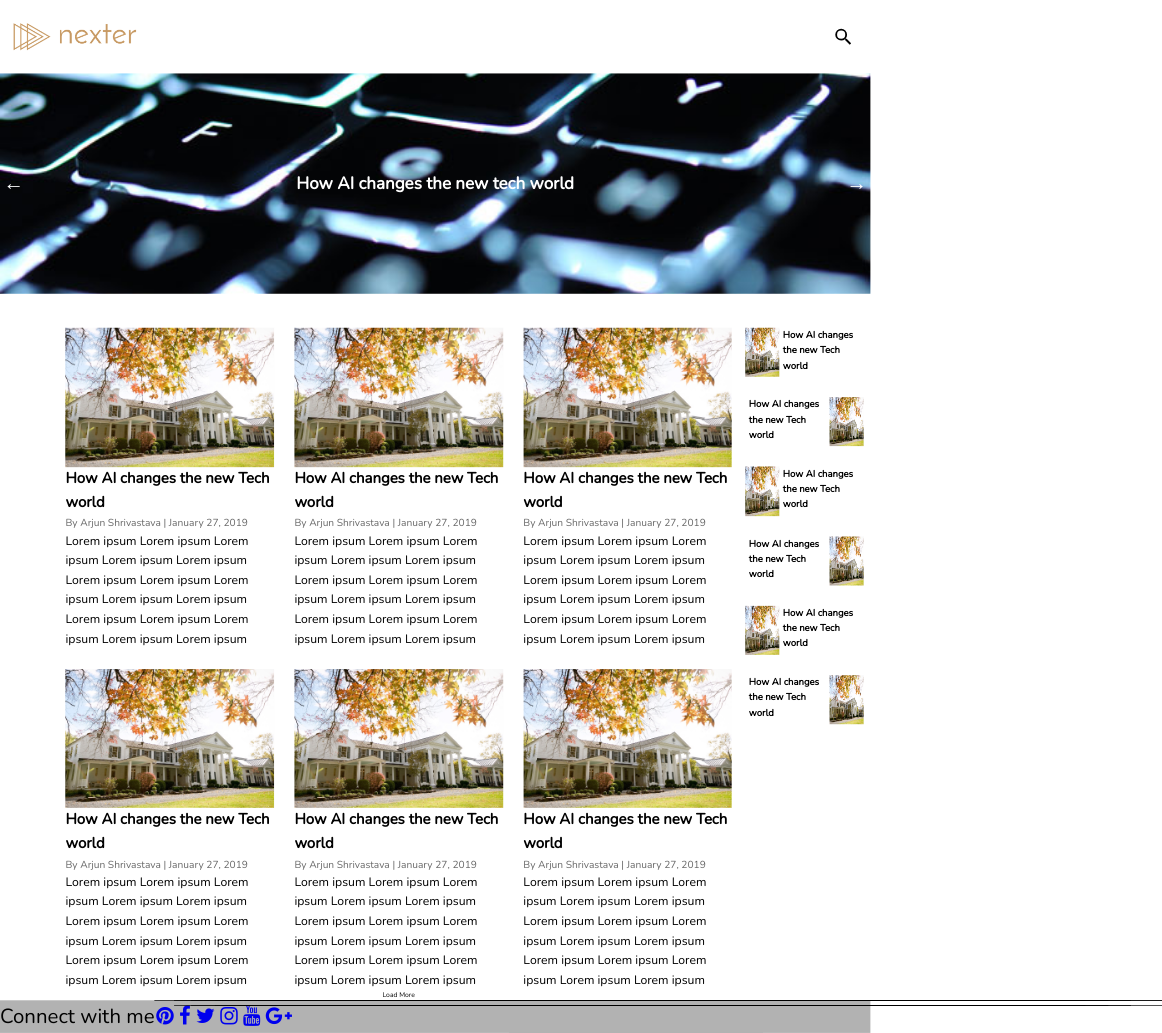
Repository: geekyarjun/myblog
Page: index.html
An editor plug-in stored every save of this project. The page is shown before and after the next save, followed by the edit.
The browser window is 1280 px wide. The page is 1709 px wide, then 1280 px, so the pictures cover 1709 px, including what lies to the right of the window. The pictures show the whole page, at 68% of full size.
Some web libraries are served in a nearby version. The style sheet was rebuilt from its Sass, Less or Tailwind sources for each picture, by a compiler version that may differ from the author's.

Above is the page before, as saved 2019-03-03 19:00:51.

### index.html
<!DOCTYPE html>
<html>
<head>
    <meta charset="utf-8" />
    <meta http-equiv="X-UA-Compatible" content="IE=edge">
    <title>Tech Stack</title>
    <meta name="viewport" content="width=device-width, initial-scale=1">
    <link href="https://fonts.googleapis.com/css?family=Nunito:200,300,400" rel="stylesheet">
    <link rel="stylesheet" href="css/style.css">
    <link href='https://fonts.googleapis.com/css?family=Open+Sans|Oswald:300' rel='stylesheet' type='text/css'>
    <link rel="stylesheet" href="https://maxcdn.bootstrapcdn.com/font-awesome/4.4.0/css/font-awesome.min.css">

    <!-- <link href="https://fonts.googleapis.com/css?family=Nunito:300,400,600" rel="stylesheet"> -->
</head>
<body class="container">
    <header class="header">
        <img src="/img/logo.png" alt="techstack logo" class="header__logo">
        <img src="/img/search.svg" alt="Search icon" class="header__search-logo">
    </header>
    <section class="slider">
        <img src="img/best-tech-sites.jpg" alt="slide post-1" />
        <h2>How AI changes the new tech world</h2>
        <button class="slider--previous" onclick="moveSlides('-')">&larr;</button>
        <button class="slider--next" onclick="moveSlides('+')">&rarr;</button>
    </section>
    <main class="post_container">
        <article>
            <img src="img/gal-1.jpeg" alt="first post" />
            <h2>How AI changes the new Tech world</h2>
            <p class="author">By Arjun Shrivastava | January 27, 2019</p>
            <p class="text">Lorem ipsum Lorem ipsum Lorem ipsum Lorem ipsum Lorem ipsum Lorem ipsum Lorem ipsum Lorem ipsum Lorem ipsum Lorem ipsum Lorem ipsum Lorem ipsum Lorem ipsum Lorem ipsum Lorem ipsum</p>
        </article>
        <article>
            <img src="img/gal-1.jpeg" alt="first post" />
            <h2>How AI changes the new Tech world</h2>
            <p class="author">By Arjun Shrivastava | January 27, 2019</p>
            <p class="text">Lorem ipsum Lorem ipsum Lorem ipsum Lorem ipsum Lorem ipsum Lorem ipsum Lorem ipsum Lorem ipsum Lorem ipsum Lorem ipsum Lorem ipsum Lorem ipsum Lorem ipsum Lorem ipsum Lorem ipsum</p>
        </article>
        <article>
            <img src="img/gal-1.jpeg" alt="first post" />
            <h2>How AI changes the new Tech world</h2>
            <p class="author">By Arjun Shrivastava | January 27, 2019</p>
            <p class="text">Lorem ipsum Lorem ipsum Lorem ipsum Lorem ipsum Lorem ipsum Lorem ipsum Lorem ipsum Lorem ipsum Lorem ipsum Lorem ipsum Lorem ipsum Lorem ipsum Lorem ipsum Lorem ipsum Lorem ipsum</p>
        </article>
        <article>
            <img src="img/gal-1.jpeg" alt="first post" />
            <h2>How AI changes the new Tech world</h2>
            <p class="author">By Arjun Shrivastava | January 27, 2019</p>
            <p class="text">Lorem ipsum Lorem ipsum Lorem ipsum Lorem ipsum Lorem ipsum Lorem ipsum Lorem ipsum Lorem ipsum Lorem ipsum Lorem ipsum Lorem ipsum Lorem ipsum Lorem ipsum Lorem ipsum Lorem ipsum</p>
        </article>
        <article>
            <img src="img/gal-1.jpeg" alt="first post" />
            <h2>How AI changes the new Tech world</h2>
            <p class="author">By Arjun Shrivastava | January 27, 2019</p>
            <p class="text">Lorem ipsum Lorem ipsum Lorem ipsum Lorem ipsum Lorem ipsum Lorem ipsum Lorem ipsum Lorem ipsum Lorem ipsum Lorem ipsum Lorem ipsum Lorem ipsum Lorem ipsum Lorem ipsum Lorem ipsum</p>
        </article>
        <article>
            <img src="img/gal-1.jpeg" alt="first post" />
            <h2>How AI changes the new Tech world</h2>
            <p class="author">By Arjun Shrivastava | January 27, 2019</p>
            <p class="text">Lorem ipsum Lorem ipsum Lorem ipsum Lorem ipsum Lorem ipsum Lorem ipsum Lorem ipsum Lorem ipsum Lorem ipsum Lorem ipsum Lorem ipsum Lorem ipsum Lorem ipsum Lorem ipsum Lorem ipsum</p>
        </article>
    </main>
    <aside class="aside-latest-blog-post">
        <article>
            <img src="img/gal-1.jpeg" alt="first post" />
            <h3>How AI changes the new Tech world</h3>
        </article>
        <article class="aside-latest-blog-post__alternate-post">
            <h3>How AI changes the new Tech world</h3>
            <img src="img/gal-1.jpeg" alt="first post" />
        </article>
        <article>
            <img src="img/gal-1.jpeg" alt="first post" />
            <h3>How AI changes the new Tech world</h3>
        </article>
        <article class="aside-latest-blog-post__alternate-post">
            <h3>How AI changes the new Tech world</h3>
            <img src="img/gal-1.jpeg" alt="first post" />
        </article>
        <article>
            <img src="img/gal-1.jpeg" alt="first post" />
            <h3>How AI changes the new Tech world</h3>
        </article>
        <article class="aside-latest-blog-post__alternate-post">
            <h3>How AI changes the new Tech world</h3>
            <img src="img/gal-1.jpeg" alt="first post" />
        </article>
    </aside>
    <section class="load-more">Load More</section>
    <footer class="footer">
        <section class="footer__wrapper">
            <section class="footer__connect-text">Connect with me</section>
            <section class="footer__social-icon">
                <a href="https://www.pinterest.com/paviliongift/" class="generic-anchor" target="_blank" title="Pinterest" itemprop="significantLink"><i
                        class="fa fa-pinterest"></i></a>
                <a href="https://www.facebook.com/paviliongift" class="generic-anchor" target="_blank" title="Facebook" itemprop="significantLink"><i
                        class="fa fa-facebook"></i></a>
                <a href="https://twitter.com/PavilionGiftCo" class="generic-anchor" target="_blank" title="Twitter" itemprop="significantLink"><i
                        class="fa fa-twitter"></i></a>
                <a href="http://instagram.com/paviliongiftcompany" class="generic-anchor" target="_blank" title="Instagram" itemprop="significantLink"><i
                        class="fa fa-instagram"></i></a>
                <a href="https://www.youtube.com/channel/UCYgUODvd0qXbu_LkUWpTVEg" class="generic-anchor" target="_blank" title="Youtube"
                    itemprop="significantLink"><i class="fa fa-youtube"></i></a>
                <a href="https://plus.google.com/+Paviliongift/posts" class="generic-anchor" target="_blank" title="Google Plus"
                    itemprop="significantLink"><i class="fa fa-google-plus"></i></a>
            </section>
        </section>
    </footer>
    <script src="main.js"></script>
</body>
</html>

### img/search.svg
<svg id="Layer_1" xmlns="http://www.w3.org/2000/svg" viewBox="0 0 24 24" width="24" height="24"><path fill="black" fill-opacity="1" d="M15.009 13.805h-.636l-.22-.219a5.184 5.184 0 0 0 1.256-3.386 5.207 5.207 0 1 0-5.207 5.208 5.183 5.183 0 0 0 3.385-1.255l.221.22v.635l4.004 3.999 1.194-1.195-3.997-4.007zm-4.808 0a3.605 3.605 0 1 1 0-7.21 3.605 3.605 0 0 1 0 7.21z"></path></svg>

### main.js
// let showSlideIndex = 1;

// const showSlides = () => {
//     const slides = document.getElementsByClassName('slider__slide');
//     console.log("showSlides", slides.length);
//     for(let i=0; i<slides.length; i++) {
//         slides[i].style.display = 'none';
//     }
//     console.log("showSlideIndex", showSlideIndex);
//     if(showSlideIndex > slides.length || showSlideIndex <= 0 ) { showSlideIndex=1; }

//     slides[showSlideIndex-1].style.display = 'block';
// }

// showSlides();

// const moveSlides = (direction) => {
//     if (direction === '+') {
//         showSlideIndex++;
//         showSlides();
//     } else {
//         showSlideIndex--;
//         showSlides();
//     }
// }

### sass/main.scss
@import "base.scss";
@import "header.scss";
@import "slider.scss";
@import "postcontainer.scss";
@import "aside.scss";
@import "footer.scss";
@import "loadMore.scss";

### sass/_base.scss
*,
*::before,
*::after {
    margin: 0;
    padding: 0;
}

html {
    box-sizing: border-box;
    font-size: 62.5% // 10px/16px = 62.5(1rem == 10px)
}

body {
    font-weight: 300;
    line-height: 1.6;
    // height: 100vh;
    font-family: 'Nunito', sans-serif;
}

.container {
    display: grid;
    grid-template-rows: 15vh 45vh repeat(3, min-content);
    grid-template-columns: [full-start] minmax(6rem, 1fr) [center-start] repeat(8, [col-start] minmax(min-content, 14rem) [col-end]) [center-end] minmax(6rem, 1fr) [full-end];
}

### sass/_header.scss
.header {
    // background-color: blueviolet;
    padding: 2rem;

    grid-column: full-start / full-end;

    display: grid;
    grid-template-columns: max-content max-content;
    justify-content: space-between;
    align-items: center;

    // & > * {
    //     padding: 0 2rem;
    // }

    &__logo {
        // width: 6rem;
        height: 4rem;
    }

    &__search-logo {
        width: 4rem;
        height: 4rem;
    }
}

### sass/_slider.scss
.slider {
    // background-color: lightcoral;

    grid-column: 1 / -1;
    position: relative;

    display: grid;
    grid-template-columns: repeat(8, minmax(min-content,1fr));
    grid-template-rows: repeat(3, 1fr);

    img {
        grid-column: 1 / -1;
        grid-row: 1 / -1;
        height: 100%;
        width: 100%;
        object-fit: cover;
    }

    h2 {
        color: white;
        text-align: center;
        font-size: 2.5rem;

        grid-row: 2 / span 1;
        grid-column: 2 / span 6;
        justify-self: center;
        align-self: center;
    }

    button {
        // font-size: 5rem;
        // position: absolute;
        color: white;
        background: none;
        border: none;
        line-height: 0;
        cursor: pointer;
        font-size: 3rem;
        padding: 5px;
        transition: all .5s;
        // font-weight: 100;
    }

    // &__slide {
    //     height: 100%;

    //     img {
    //         width: 100%;
    //         height: 100%;
    //         object-fit: cover;
    //         filter: blur(1px);
    //     }

    //     h2 {
    //         // position: absolute;
    //         top: 50%;
    //         left: 50%;
    //         transform: translate(-15rem, -1rem);
    //         color: white;
    //         font-size: 2.5rem;
    //     }
    // }

    // button {
    //     font-size: 5rem;
    //     // position: absolute;
    //     color: white;
    //     background: none;
    //     border: none;
    //     line-height: 0;
    //     cursor: pointer;
    //     // font-weight: 100;
    // }

    button:hover {
        background-color: red;
    }

    &--previous {
        top: 50%;
        left: 0;
        // padding: 2rem 1rem;

        grid-column: 1 / span 1;
        grid-row: 2 / span 1;
        justify-self: start;

    }

    &--next {
        top: 50%;
        right: 0;
        // padding: 2rem 1rem;

        grid-column: 8 / span 1;
        grid-row: 2 / span 1;
        justify-self: end;
    }
}

.fade {
    animation: fade 1s ease-in;
}

@keyframes fade {
    0% {opacity: .4;}
    100% {opacity: 1;}
}

### sass/_postcontainer.scss
.post_container {
    // background-color: gainsboro;
    margin-top: 5rem;

    grid-column: center-start / col-end 7;
    grid-gap: 3rem;

    display: grid;
    grid-template-columns: repeat(auto-fit, minmax(30rem, 1fr));

    article {
        display: grid;
        grid-template-columns: repeat(2, 1fr);

        img {
            width: 100%;
            // height: 100%;
            object-fit: cover;

            grid-column: 1 / -1;
        }

        h2 {
            font-size: 2.2rem;

            grid-column: 1 / -1;
        }

        .author {
            font-size: 1.5rem;
            color: rgba(0,0,0,0.6);

            grid-column: 1 / -1;
        }

        .text {
            font-size: 1.8rem;
            grid-column: 1 / -1;
        }


    }
}

### sass/_aside.scss
.aside-latest-blog-post {
    margin-top: 5rem;
    margin-left: 2rem;
    margin-right: 1rem;

    display: grid;
    grid-row-gap: 3rem;
    grid-auto-rows: max-content;

    grid-column: col-start 8 / full-end;

    article {
        display: grid;
        grid-template-columns: 5rem auto;

        img {
            width: 100%;
            height: 100%;
        }

        h3 {
            font-size: 1.4rem;
            padding: 0rem 0rem .5rem .5rem;
        }

        @media screen and (max-width: 1200px) {
            img {
                grid-column: 1 / -1;
            }

            h3 {
                grid-column: 1 / -1;
            }
        }
    }

    &__alternate-post {
        display: grid !important;
        grid-template-columns: auto 5rem !important;

        @media screen and (max-width: 1200px) {
            h3 {
                grid-row: 2;
            }
        }
    }
}

### sass/_footer.scss
.footer {
    background-color: rgba(0,0,0, .3);

    grid-column: full-start / full-end;

    &__wrapper {
        position: relative;

        ::after {
            content: '';
            width: 100%;
            border-top: 1px solid black;
            position: absolute;
        }
    }

    &__connect-text {
        font-size: 3rem;
        display: inline-block;
    }

    &__social-icon {
        font-size: 3rem;
        display: inline-block;
    }
}

### sass/_loadMore.scss
.load-more {
    text-align: center;

    grid-column: center-start / col-end 7;
}

After the next save:
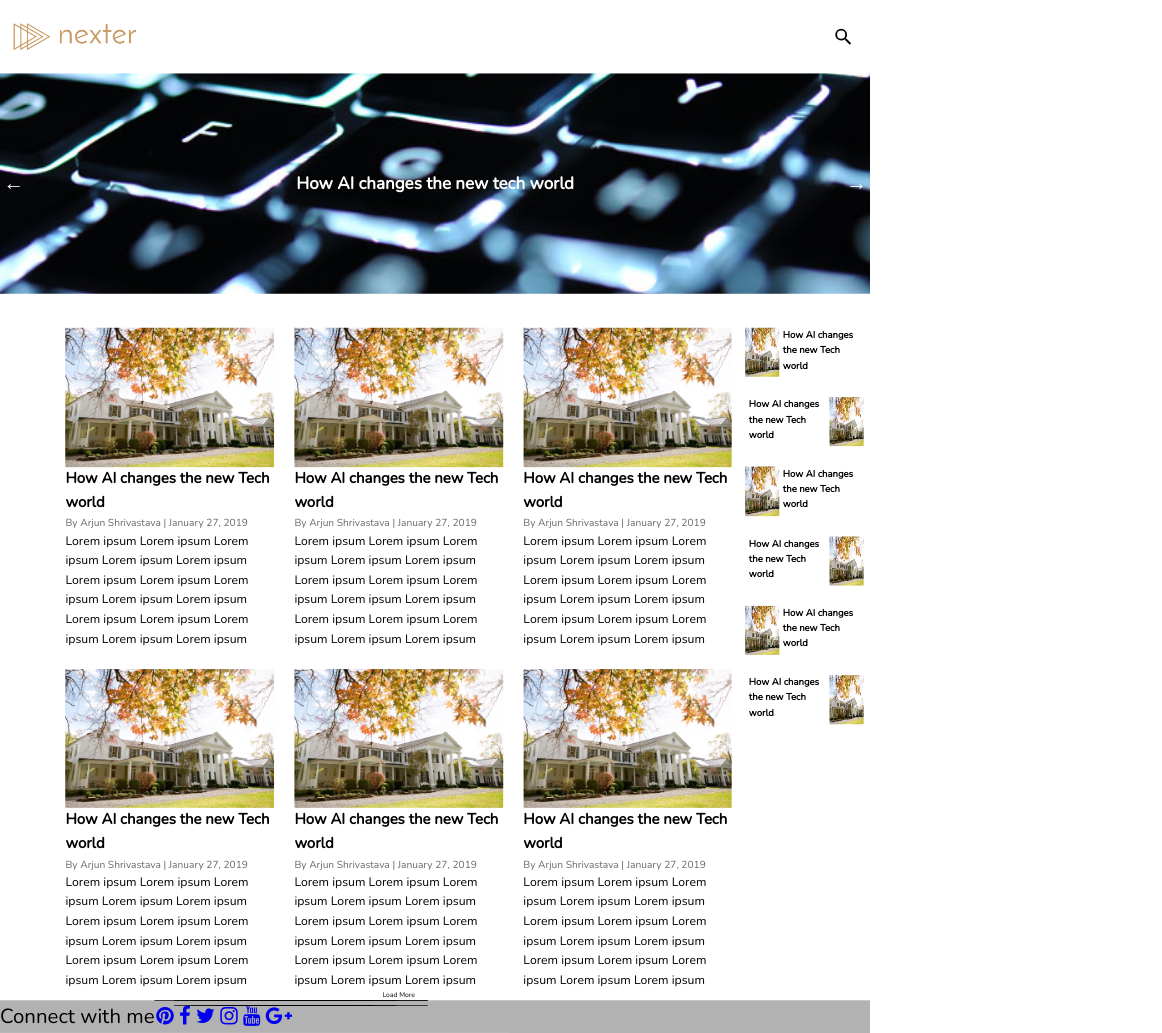
Saved 10 min 14 s later.
--- a/sass/_footer.scss
+++ b/sass/_footer.scss
@@ -15,11 +15,13 @@
     }
 
     &__connect-text {
+        position: relative;
         font-size: 3rem;
         display: inline-block;
     }
 
     &__social-icon {
+        position: relative;
         font-size: 3rem;
         display: inline-block;
     }
